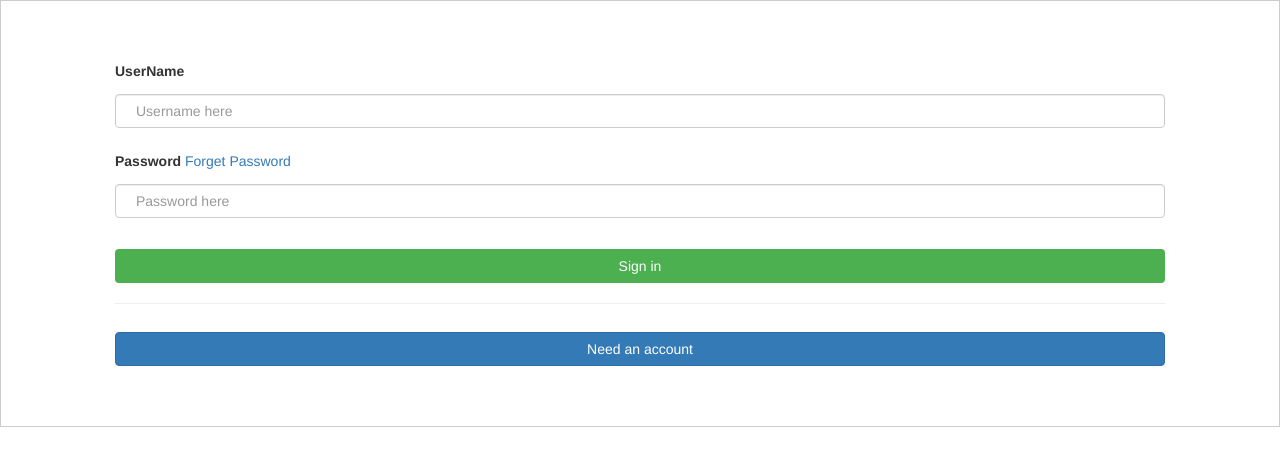
Repository: hamshini/demopro
Page: wippro/Application/WebContent/signin.html
The author's editor kept a copy of each file at every save. The page is drawn from the files as they stood at one save, then again after the next save.
The browser window is 1280 px wide. The pictures show the whole page.

Above is the page before, as saved 2018-01-10 04:08:35.

After the next save:
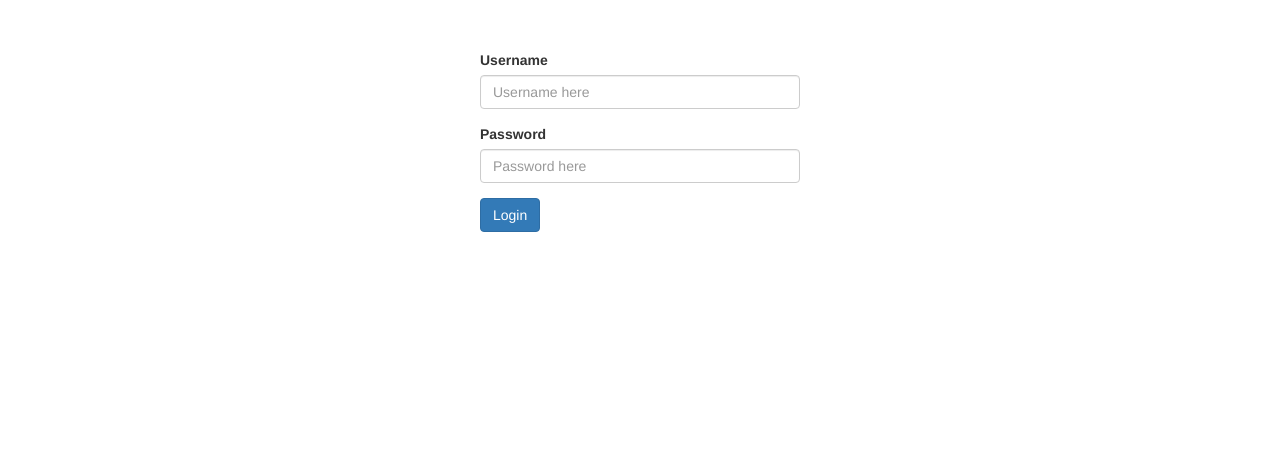
Saved 105 s later.
--- a/wippro/Application/WebContent/signin.html
+++ b/wippro/Application/WebContent/signin.html
@@ -2,76 +2,22 @@
 <html>
 <head>
 <meta charset="ISO-8859-1">
-<!-- <link rel="stylesheet" type="text/css" href="style.css"> -->
-  <link rel="stylesheet" href="https://maxcdn.bootstrapcdn.com/bootstrap/3.3.7/css/bootstrap.min.css">
-<title>SignIn</title>
+<title>Login Page</title>
+<link href="css/bootstrap.min.css" rel="stylesheet" type="text/css" />
 </head>
-<style>
-input[type=text], input[type=password] {
-    width: 100%;
-    padding: 12px 20px;
-    margin: 8px 0;
-    display: inline-block;
-    border: 1px solid #ccc;
-    box-sizing: border-box;
-}
-button {
-    background-color: #4CAF50;
-    color: white;
-    padding: 14px 20px;
-    margin: 8px 0;
-    border: none;
-    cursor: pointer;
-    width: 100%;
-}
-
-.needacc {
-	padding: 14px 20px;
-	background-color: #008CBA;
-}
-.container {
-    padding: 60px;
-}
-.needacc,.signinbtn {
-    float: left;
-    width: 30%;
-}
-.signinbtn {
-	padding: 14px 50px;
-	background-color: #4CAF50;
-}
-.clearfix::after {
-    content: "";
-    clear: both;
-    display: table;
-}
-</style>
 <body>
-	<form action="/action_page.php" style="border:1px solid #ccc">
-	 <div class="container">
-		<div class="form-group">
-			<label for="auth"><b>UserName</b></label><br>
-			<input type="text"
-				placeholder="Username here" id="auth" class="form-control" name="user"
-				required><br>
-				</div>
-				<div class="form-group">
-				 <label><b>Password</b></label>
-				 <a href="forgetpass.html">Forget Password</a>
-				<br>
-			<input type="password" placeholder="Password here" class="form-control"
-				name="pwd" required> <br>
-		</div>
-		<div class="clearfix">
-			<button type="button" class="btn btn-secondary">Sign in</button>
-
-		</div>
-		<hr>
-		<div class="clearfix">
-			<button type="button" class="btn btn-primary">Need an account</button>
-
-		</div>
-		</div>
-	</form>
+<div style="width: 320px; margin:50px auto;">
+<form class="form-group" action="LoginValidate" method="post">
+<div class="form-group">
+<label for="authid">Username</label>
+<input type="text" class="form-control" name="user" id="authid" placeholder="Username here" />
+</div>
+<div class="form-group">
+<label for="authpass">Password</label>
+<input type="password" id="authpass" name="pass" class="form-control" placeholder="Password here" />
+</div>
+<input type="submit" value="Login" class="btn btn-primary" />
+</form>
+</div>
 </body>
 </html>
